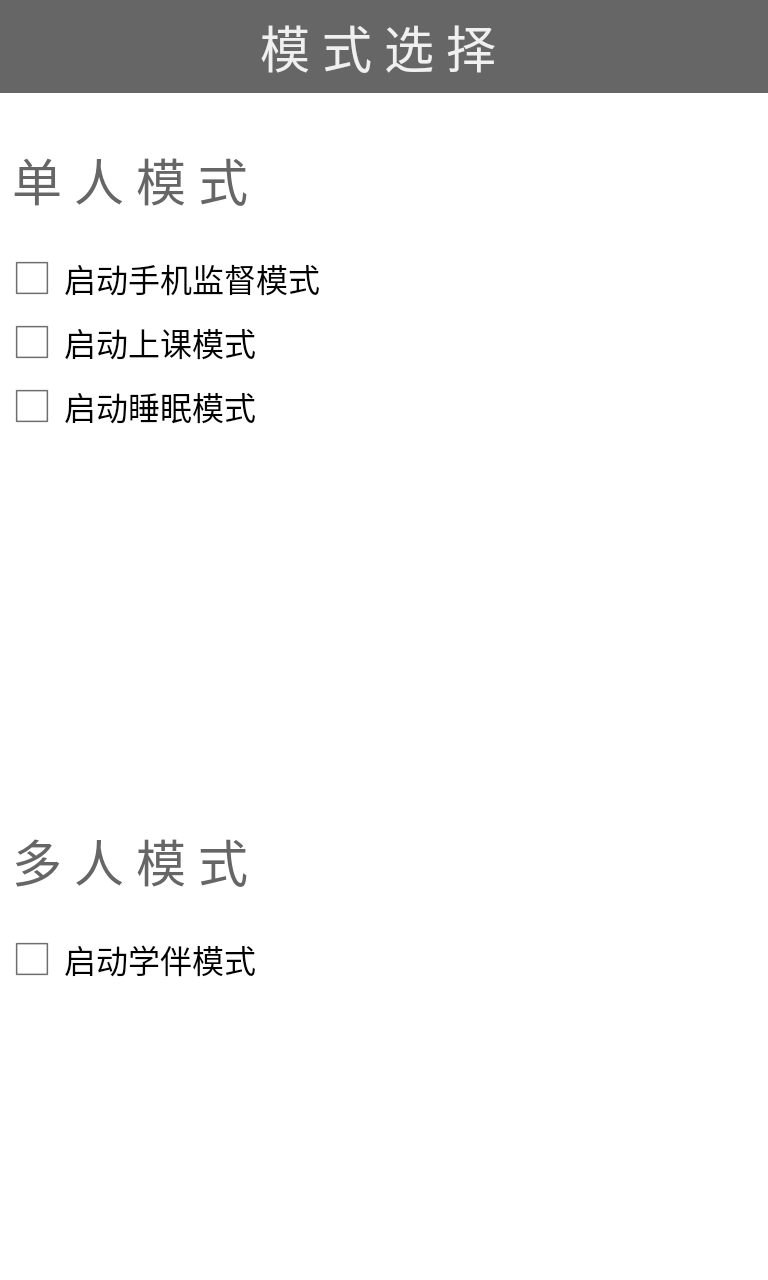
Repository: 17390089054/android
Layout: learning/res/layout/activity_second.xml
The author's editor kept a copy of each file at every save. The layout is drawn from the files as they stood at one save, then again after the next save.
It is drawn on a 768 x 1280 px phone screen (xhdpi) without system bars, with theme AppTheme; the app's code is not run.

Above is the layout before, as saved 2018-05-01 14:08:17.

After the next save:
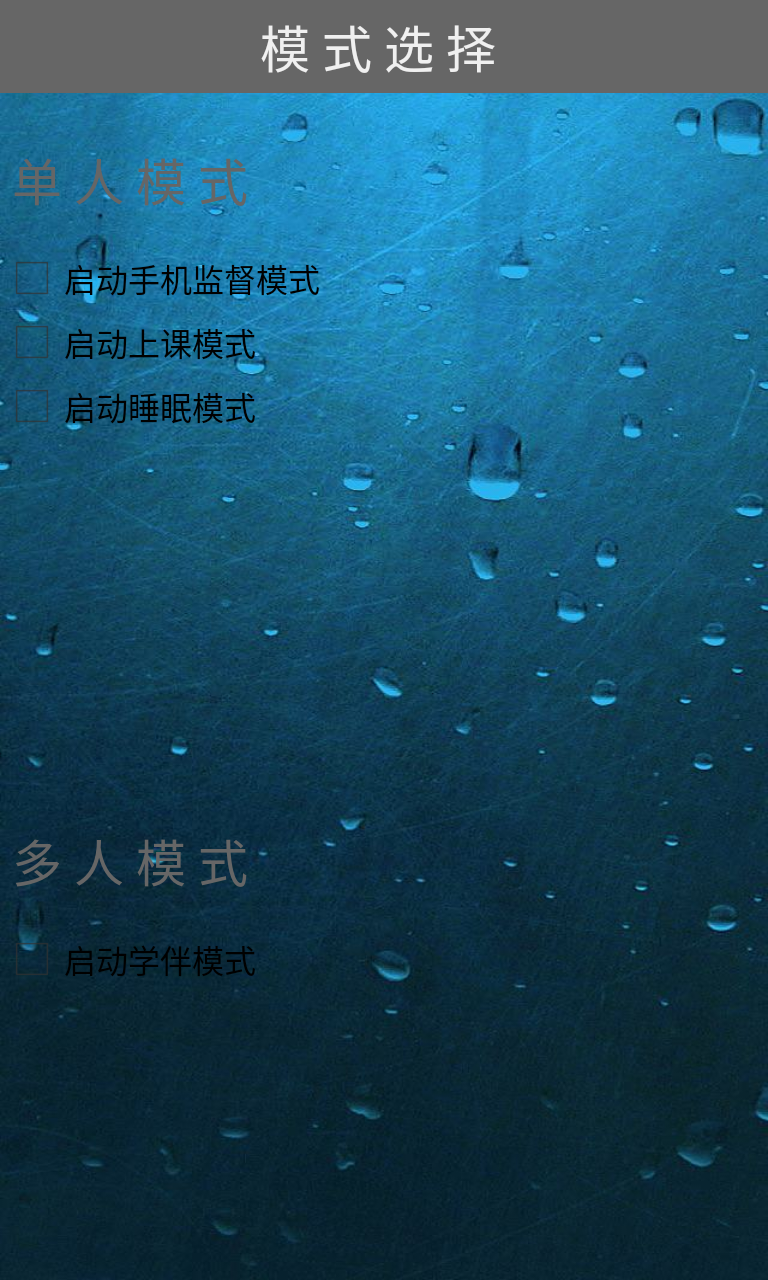
Saved 61 s later.
--- a/learning/res/layout/activity_second.xml
+++ b/learning/res/layout/activity_second.xml
@@ -2,6 +2,7 @@
 <LinearLayout xmlns:android="http://schemas.android.com/apk/res/android"
     android:layout_width="match_parent"
     android:layout_height="match_parent"
+    android:background="@drawable/bg2"
     android:orientation="vertical" >
 
     <TextView
